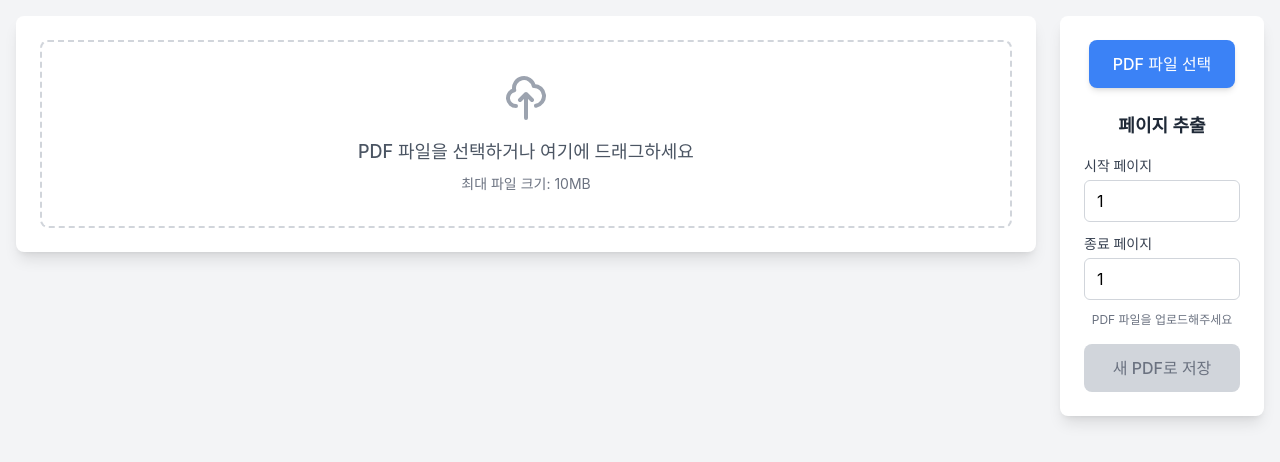
Repository: orcaCrew/PDF-Handler
Page: /
The author's editor kept a copy of each file at every save. The page is drawn from the files as they stood at one save, then again after the next save.
The browser window is 1280 px wide. The pictures show the whole page.
The project was rebuilt for these pictures with package versions that can differ from the ones it lists, and the page was loaded fresh each time.

Above is the page before, as saved 2025-07-21 13:39:41.

After the next save:
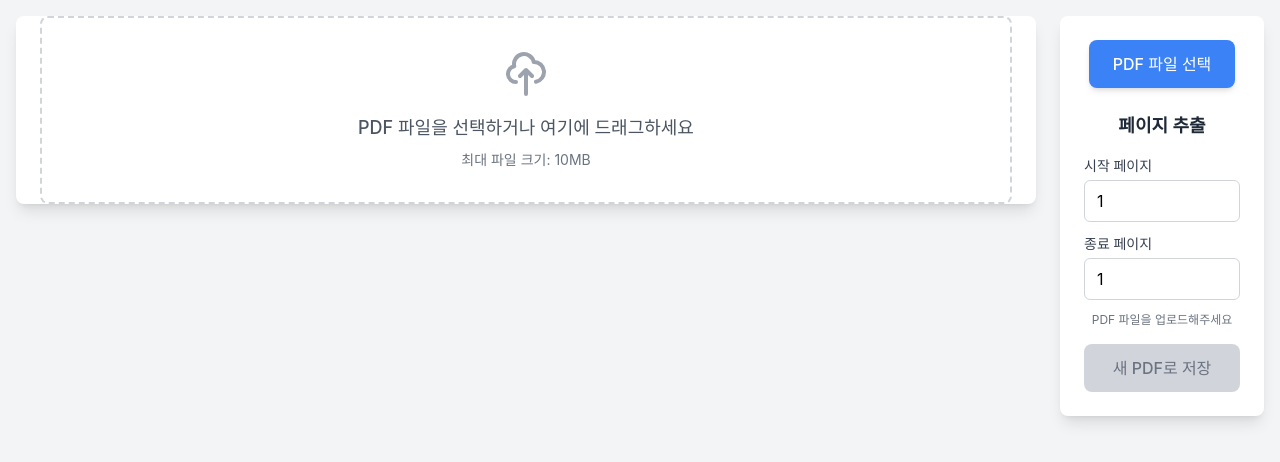
Saved 53 s later.
--- a/src/App.js
+++ b/src/App.js
@@ -158,7 +158,7 @@
         <div className="flex flex-col lg:flex-row gap-6">
           {/* 페이지 리스트와 미리보기 영역 */}
           <div className="lg:w-5/6">
-            <div className="bg-white rounded-lg shadow-lg p-6">
+            <div className="bg-white rounded-lg shadow-lg px-6">
               {file ? (
                 <div className="space-y-6">
                   <div className="flex items-center justify-between">

After the save that followed:
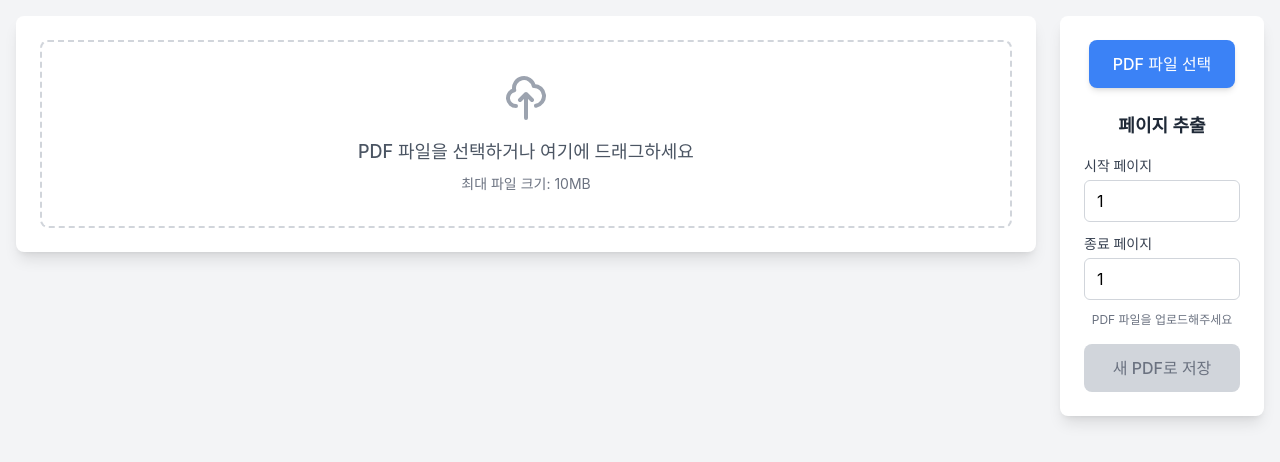
Saved 4 s later.
--- a/src/App.js
+++ b/src/App.js
@@ -158,7 +158,7 @@
         <div className="flex flex-col lg:flex-row gap-6">
           {/* 페이지 리스트와 미리보기 영역 */}
           <div className="lg:w-5/6">
-            <div className="bg-white rounded-lg shadow-lg px-6">
+            <div className="bg-white rounded-lg shadow-lg p-6">
               {file ? (
                 <div className="space-y-6">
                   <div className="flex items-center justify-between">
